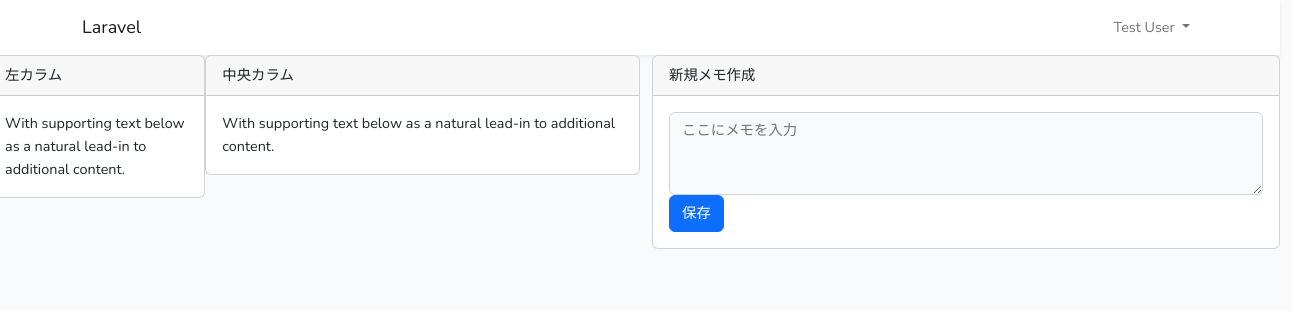
Repository: OkunoTaichi/laravel-simple-memo
Page: http://localhost/home
An editor plug-in stored every save of this project. The page is shown before and after the next save, followed by the edit.
The browser window is 1280 px wide. The page is 1292 px wide, so the pictures cover 1292 px, including what lies to the right of the window. The pictures show the whole page.
The page is served by the project's Laravel application, run on PHP 8.4 with Laravel 8. A made-up administrator, Test User (test@example.com), is signed in. Other server files are loaded and not shown. Queries for data that is not in the repository find no rows.

Above is the page before, as saved 2022-11-09 22:15:39.

### app/Providers/AppServiceProvider.php
<?php

namespace App\Providers;

use Illuminate\Support\ServiceProvider;
use App\Models\Memo;

class AppServiceProvider extends ServiceProvider
{
    /**
     * Register any application services.
     *
     * @return void
     */
    public function register()
    {
        //
    }

    /**
     * Bootstrap any application services.
     *
     * @return void
     */
    public function boot()
    {
        // 全てのメソッドが呼ばれる前より先に呼ばれるメソッド
        view()->composer('*' , function($view){
            $memos = Memo::select('memos.*')
                ->where('user_id', '=' , \Auth::id())//ユーザーIDとログインしているIDが同じもので
                ->whereNull('deleted_at')//デリートの履歴がないもので
                ->orderBy('updated_at', 'DESC')//アップデートされた日時が新しいものから
                ->get();// DBに架空のデータを作成し、上記の項目が正しくできているか確認する。

            $view->with('memos', $memos);
        });

    }
}

### app/Http/Controllers/HomeController.php
<?php

namespace App\Http\Controllers;

use Illuminate\Http\Request;

class HomeController extends Controller
{
    /**
     * Create a new controller instance.
     *
     * @return void
     */
    public function __construct()
    {
        $this->middleware('auth');
    }

    /**
     * Show the application dashboard.
     *
     * @return \Illuminate\Contracts\Support\Renderable
     */
    public function index()
    {
        return view('create');
    }
}

### resources/views/create.blade.php
@extends('layouts.app')

@section('content')
<div class="card">
    <div class="card-header">新規メモ作成</div>
    <form class="card-body" action="/store" method="POST">

        <div class="form-group">
            <textarea class="form-control" name="content" rows="3" placeholder="ここにメモを入力"></textarea>
        </div>
        <button type="submit" class="btn btn-primary">保存</button>
    </form>
</div>
@endsection

### resources/views/layouts/app.blade.php
<!doctype html>
<html lang="{{ str_replace('_', '-', app()->getLocale()) }}">
<head>
    <meta charset="utf-8">
    <meta name="viewport" content="width=device-width, initial-scale=1">

    <!-- CSRF Token -->
    <meta name="csrf-token" content="{{ csrf_token() }}">

    <title>{{ config('app.name', 'Laravel') }}</title>

    <!-- Scripts -->
    <script src="{{ asset('js/app.js') }}" defer></script>

    <!-- Fonts -->
    <link rel="dns-prefetch" href="//fonts.gstatic.com">
    <link href="https://fonts.googleapis.com/css?family=Nunito" rel="stylesheet">

    <!-- Styles -->
    <link href="{{ asset('css/app.css') }}" rel="stylesheet">
</head>
<body>
    <div id="app">
        <nav class="navbar navbar-expand-md navbar-light bg-white shadow-sm">
            <div class="container">
                <a class="navbar-brand" href="{{ url('/') }}">
                    {{ config('app.name', 'Laravel') }}
                </a>
                <button class="navbar-toggler" type="button" data-bs-toggle="collapse" data-bs-target="#navbarSupportedContent" aria-controls="navbarSupportedContent" aria-expanded="false" aria-label="{{ __('Toggle navigation') }}">
                    <span class="navbar-toggler-icon"></span>
                </button>

                <div class="collapse navbar-collapse" id="navbarSupportedContent">
                    <!-- Left Side Of Navbar -->
                    <ul class="navbar-nav me-auto">

                    </ul>

                    <!-- Right Side Of Navbar -->
                    <ul class="navbar-nav ms-auto">
                        <!-- Authentication Links -->
                        @guest
                            @if (Route::has('login'))
                                <li class="nav-item">
                                    <a class="nav-link" href="{{ route('login') }}">{{ __('Login') }}</a>
                                </li>
                            @endif

                            @if (Route::has('register'))
                                <li class="nav-item">
                                    <a class="nav-link" href="{{ route('register') }}">{{ __('Register') }}</a>
                                </li>
                            @endif
                        @else
                            <li class="nav-item dropdown">
                                <a id="navbarDropdown" class="nav-link dropdown-toggle" href="#" role="button" data-bs-toggle="dropdown" aria-haspopup="true" aria-expanded="false" v-pre>
                                    {{ Auth::user()->name }}
                                </a>

                                <div class="dropdown-menu dropdown-menu-end" aria-labelledby="navbarDropdown">
                                    <a class="dropdown-item" href="{{ route('logout') }}"
                                       onclick="event.preventDefault();
                                                     document.getElementById('logout-form').submit();">
                                        {{ __('Logout') }}
                                    </a>

                                    <form id="logout-form" action="{{ route('logout') }}" method="POST" class="d-none">
                                        @csrf
                                    </form>
                                </div>
                            </li>
                        @endguest
                    </ul>
                </div>
            </div>
        </nav>

        <!-- 3カラムに変更 -->
        <main class="">
            <div class="row">
                <div class="col-md-2 p-0">
                    <div class="card">
                        <div class="card-header">左カラム</div>
                        <div class="card-body">
                            <p class="card-text">With supporting text below as a natural lead-in to additional content.</p>
                        </div>
                    </div>
                </div>
                <div class="col-md-4 p-0">
                    <div class="card">
                        <div class="card-header">中央カラム</div>
                        <div class="card-body">
                            <p class="card-text">With supporting text below as a natural lead-in to additional content.</p>
                        </div>
                    </div>
                </div>
                <div class="col-md-6">
                    @yield('content')
                </div>
            </div>
        </main>
    </div>
</body>
</html>

Loaded but not shown: routes/web.php (common file); app/Http/Controllers/Auth/ConfirmPasswordController.php (common file); app/Http/Controllers/Controller.php (common file); app/Models/User.php (common file); app/Models/Memo.php (common file); public/css/app.css (library)

After the next save:
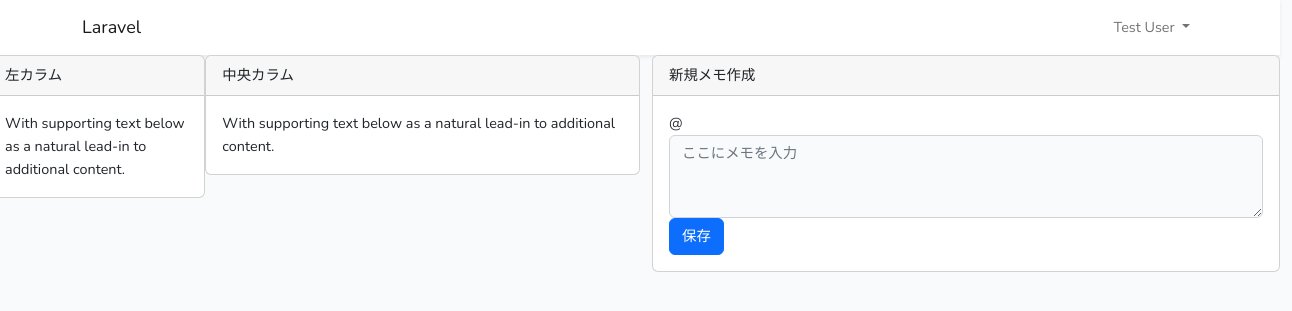
Saved 4 s later.
--- a/resources/views/create.blade.php
+++ b/resources/views/create.blade.php
@@ -4,7 +4,7 @@
 <div class="card">
     <div class="card-header">新規メモ作成</div>
     <form class="card-body" action="/store" method="POST">
-
+        @
         <div class="form-group">
             <textarea class="form-control" name="content" rows="3" placeholder="ここにメモを入力"></textarea>
         </div>

After the save that followed:
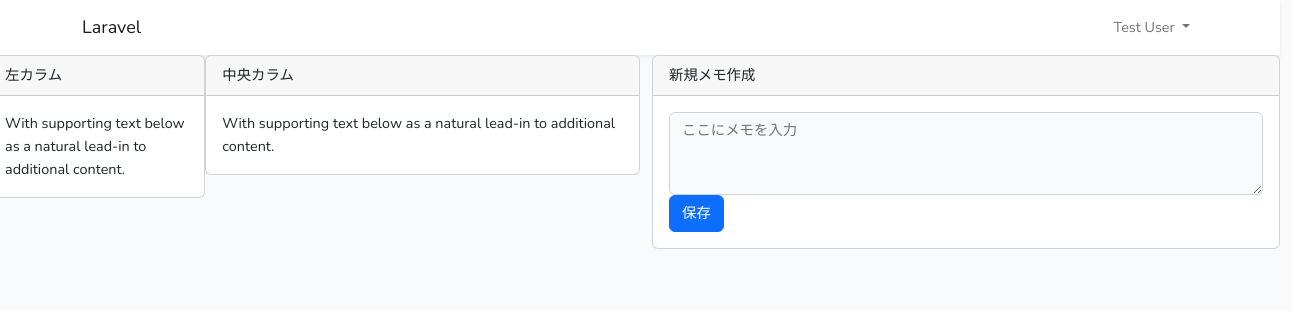
Saved 4 s later.
--- a/resources/views/create.blade.php
+++ b/resources/views/create.blade.php
@@ -4,7 +4,7 @@
 <div class="card">
     <div class="card-header">新規メモ作成</div>
     <form class="card-body" action="/store" method="POST">
-        @
+        @csrf
         <div class="form-group">
             <textarea class="form-control" name="content" rows="3" placeholder="ここにメモを入力"></textarea>
         </div>
